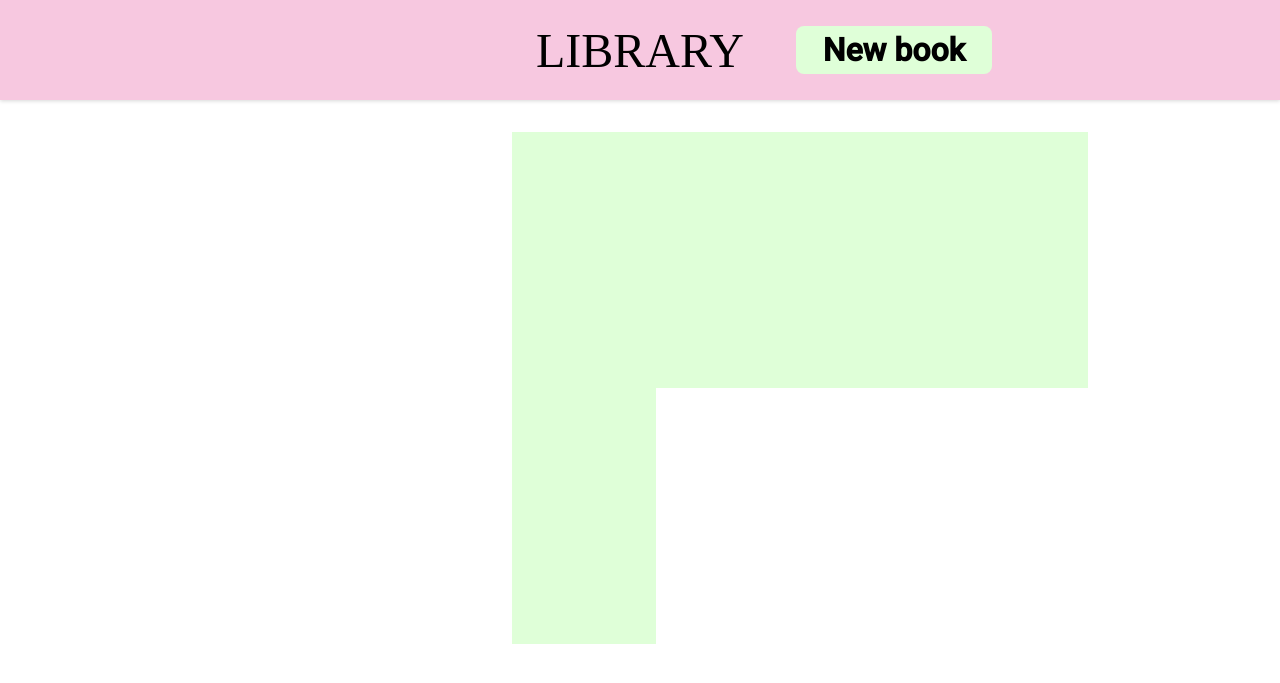
Repository: yeetzpxoci/library
Page: index.html
An editor plug-in stored every save of this project. The page is shown before and after the next save, followed by the edit.
The browser window is 1280 px wide. The pictures show the whole page.
Some web fonts or font styles are not loaded; a fallback is used.

Above is the page before, as saved 2023-02-21 15:04:21.

After the next save:
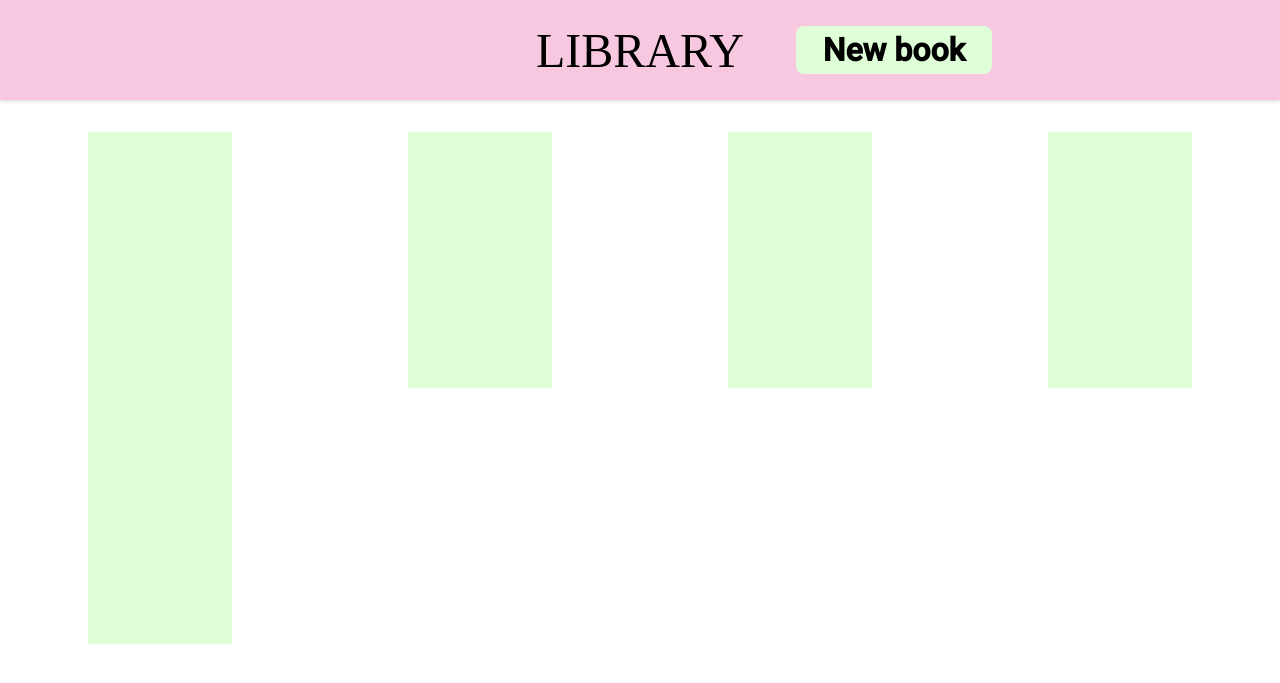
Saved 12 s later.
--- a/styles.css
+++ b/styles.css
@@ -40,8 +40,6 @@ body {
     display: grid;
     grid-template-columns: 1fr 1fr 1fr 1fr;
     margin-top: 32px;
-    margin-right: 512px;
-    margin-left: 512px;
 }
 
 .card {
